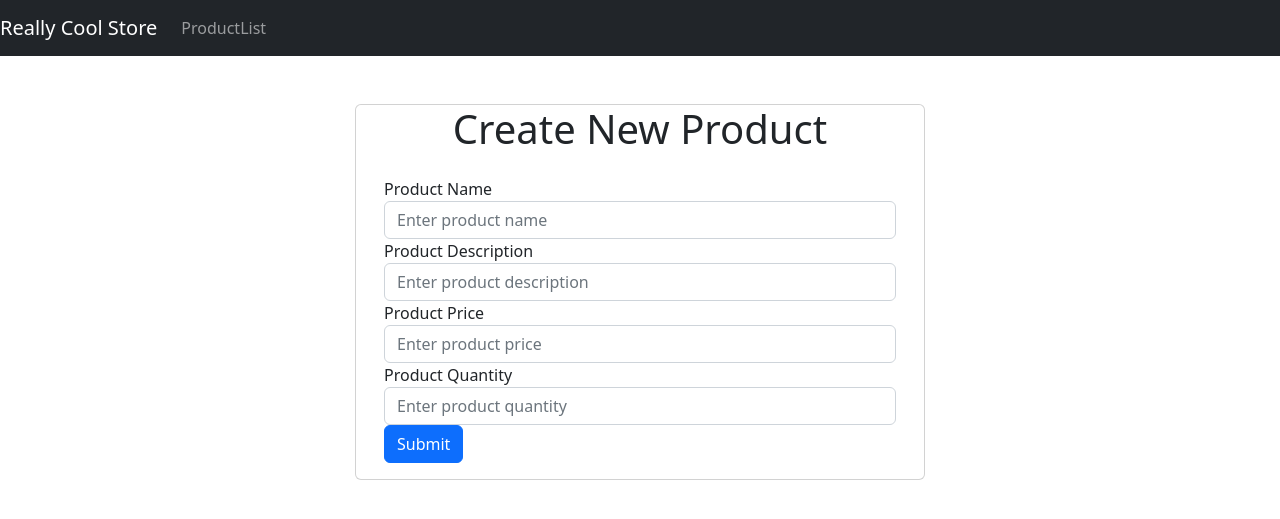
Repository: Junholee369/Junho_Lee_Capstone
Page: http://localhost/new_Product
An editor plug-in stored every save of this project. The page is shown before and after the next save, followed by the edit.
The browser window is 1280 px wide. The pictures show the whole page.
The page is this project's Thymeleaf template; nobody is signed in. The template is opened directly, without the code that normally fills it, so the values that code supplies are empty.

Above is the page before, as saved 2022-06-24 16:05:27.

### Inventory_Management_Capstone/src/main/resources/templates/new_Product.html
<!DOCTYPE html>
<html xmlns:th="http://www.thymeleaf.org"
	xmlns:sec="http://www.thymeleaf.org/thymeleaf-extras-springsecurity3">
<head>
<meta charset="ISO-8859-1">
<title>Create New Product</title>

<link
	href="https://cdn.jsdelivr.net/npm/bootstrap@5.2.0-beta1/dist/css/bootstrap.min.css"
	rel="stylesheet"
	integrity="sha384-0evHe/X+R7YkIZDRvuzKMRqM+OrBnVFBL6DOitfPri4tjfHxaWutUpFmBp4vmVor"
	crossorigin="anonymous" />

</head>
<body>
	<nav class="navbar navbar-expand-md bg-dark navbar-dark">
		<!-- Brand -->
		<a class="navbar-brand" href="#">Really Cool Store</a>

		<!-- Toggler/collapsible Button -->
		<button class="navbar-toggler" type="button" data-toggle="collapse"
			data-target="#collapsibleNavbar">
			<span class="navbar-toggler-icon"></span>
		</button>

		<!-- Navbar links -->
		<div class="collapse navbar-collapse" id="collapsibleNavbar">
			<ul class="navbar-nav">
				<li class="nav-item"><a class="nav-link" th:href="@{/products}">
						ProductList </a></li>
			</ul>

			<ul class="nav navbar-nav">
				<li sec:authorize="isAuthenticated()"><a th:href="@{/}">
						Home </a></li>
			</ul>

			<ul class="nav navbar-nav">
				<li sec:authorize="isAuthenticated()"><a th:href="@{/logout}">
						Logout </a></li>
			</ul>
		</div>

	</nav>
	<br>
	<br>
	<div class="container">
		<div class="row">
			<div
				class="col-lg-6 col-md-6 col-sm-6 container justify-content-center card">
				<h1 class="text-center">Create New Product</h1>
				<div class="card-body">


					<form th:action="@{/products}" th:object="${product}" method="POST">

						<div class="form-group">
							<label> Product Name</label> <input type="text"
								name="productName" th:field="*{productName}"
								class="form-control" placeholder="Enter product name" />
						</div>
						<div class="form-group">
							<label> Product Description</label> <input type="text"
								name="productDescription" th:field="*{productDescription}"
								class="form-control" placeholder="Enter product description" />
						</div>
						<div class="form-group">
							<label> Product Price</label> <input type="text"
								name="productPrice" th:field="*{productPrice}"
								class="form-control" placeholder="Enter product price" />
						</div>
						<div class="form-group">
							<label> Product Quantity</label> <input type="text"
								name="productQuantity" th:field="*{productQuantity}"
								class="form-control" placeholder="Enter product quantity" />
						</div>




						<div class="box-footer">
							<button type="submit" class="btn btn-primary">Submit</button>
						</div>
					</form>
				</div>
			</div>
		</div>
	</div>

	<script
		src="https://cdn.jsdelivr.net/npm/bootstrap@5.2.0-beta1/dist/js/bootstrap.bundle.min.js"
		integrity="sha384-pprn3073KE6tl6bjs2QrFaJGz5/SUsLqktiwsUTF55Jfv3qYSDhgCecCxMW52nD2"
		crossorigin="anonymous"></script>
</body>

</html>

After the next save:
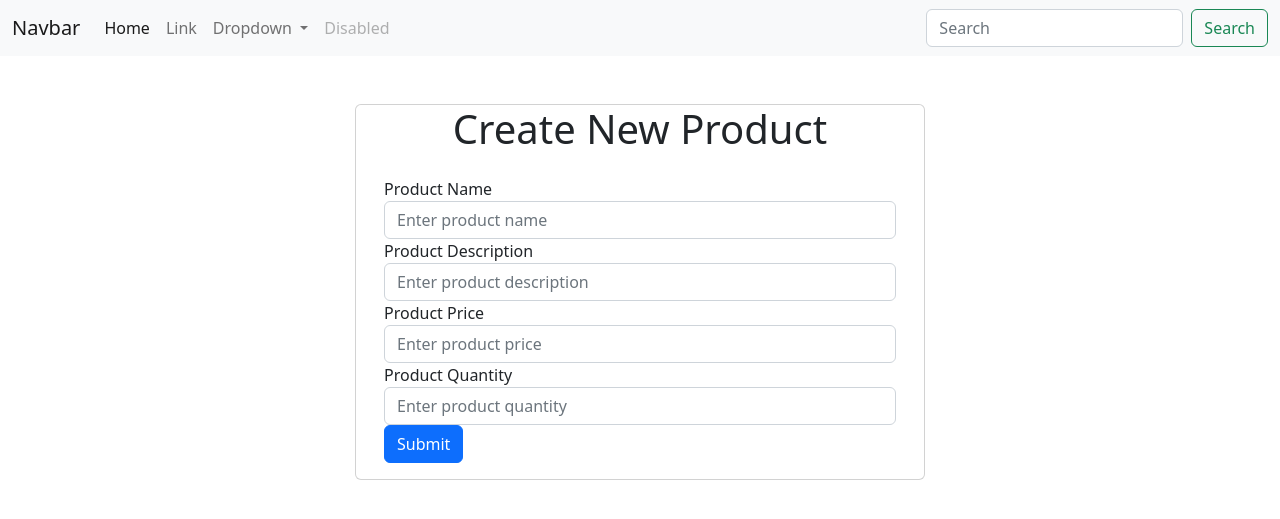
Saved 3 min 45 s later.
--- a/Inventory_Management_Capstone/src/main/resources/templates/new_Product.html
+++ b/Inventory_Management_Capstone/src/main/resources/templates/new_Product.html
@@ -13,17 +13,17 @@
 
 </head>
 <body>
-	<nav class="navbar navbar-expand-md bg-dark navbar-dark">
-		<!-- Brand -->
+	<!-- <nav class="navbar navbar-expand-md bg-dark navbar-dark">
+		Brand
 		<a class="navbar-brand" href="#">Really Cool Store</a>
 
-		<!-- Toggler/collapsible Button -->
+		Toggler/collapsible Button
 		<button class="navbar-toggler" type="button" data-toggle="collapse"
 			data-target="#collapsibleNavbar">
 			<span class="navbar-toggler-icon"></span>
 		</button>
 
-		<!-- Navbar links -->
+		Navbar links
 		<div class="collapse navbar-collapse" id="collapsibleNavbar">
 			<ul class="navbar-nav">
 				<li class="nav-item"><a class="nav-link" th:href="@{/products}">
@@ -41,7 +41,45 @@
 			</ul>
 		</div>
 
-	</nav>
+	</nav> -->
+	<nav class="navbar navbar-expand-lg bg-light">
+  <div class="container-fluid">
+    <a class="navbar-brand" href="#">Navbar</a>
+    <button class="navbar-toggler" type="button" data-bs-toggle="collapse" data-bs-target="#navbarSupportedContent" aria-controls="navbarSupportedContent" aria-expanded="false" aria-label="Toggle navigation">
+      <span class="navbar-toggler-icon"></span>
+    </button>
+    <div class="collapse navbar-collapse" id="navbarSupportedContent">
+      <ul class="navbar-nav me-auto mb-2 mb-lg-0">
+        <li class="nav-item">
+          <a class="nav-link active" aria-current="page" href="#">Home</a>
+        </li>
+        <li class="nav-item">
+          <a class="nav-link" href="#">Link</a>
+        </li>
+        <li class="nav-item dropdown">
+          <a class="nav-link dropdown-toggle" href="#" id="navbarDropdown" role="button" data-bs-toggle="dropdown" aria-expanded="false">
+            Dropdown
+          </a>
+          <ul class="dropdown-menu" aria-labelledby="navbarDropdown">
+            <li><a class="dropdown-item" href="#">Action</a></li>
+            <li><a class="dropdown-item" href="#">Another action</a></li>
+            <li><hr class="dropdown-divider"></li>
+            <li><a class="dropdown-item" href="#">Something else here</a></li>
+          </ul>
+        </li>
+        <li class="nav-item">
+          <a class="nav-link disabled">Disabled</a>
+        </li>
+      </ul>
+      <form class="d-flex" role="search">
+        <input class="form-control me-2" type="search" placeholder="Search" aria-label="Search">
+        <button class="btn btn-outline-success" type="submit">Search</button>
+      </form>
+    </div>
+  </div>
+</nav>
+
+
 	<br>
 	<br>
 	<div class="container">
